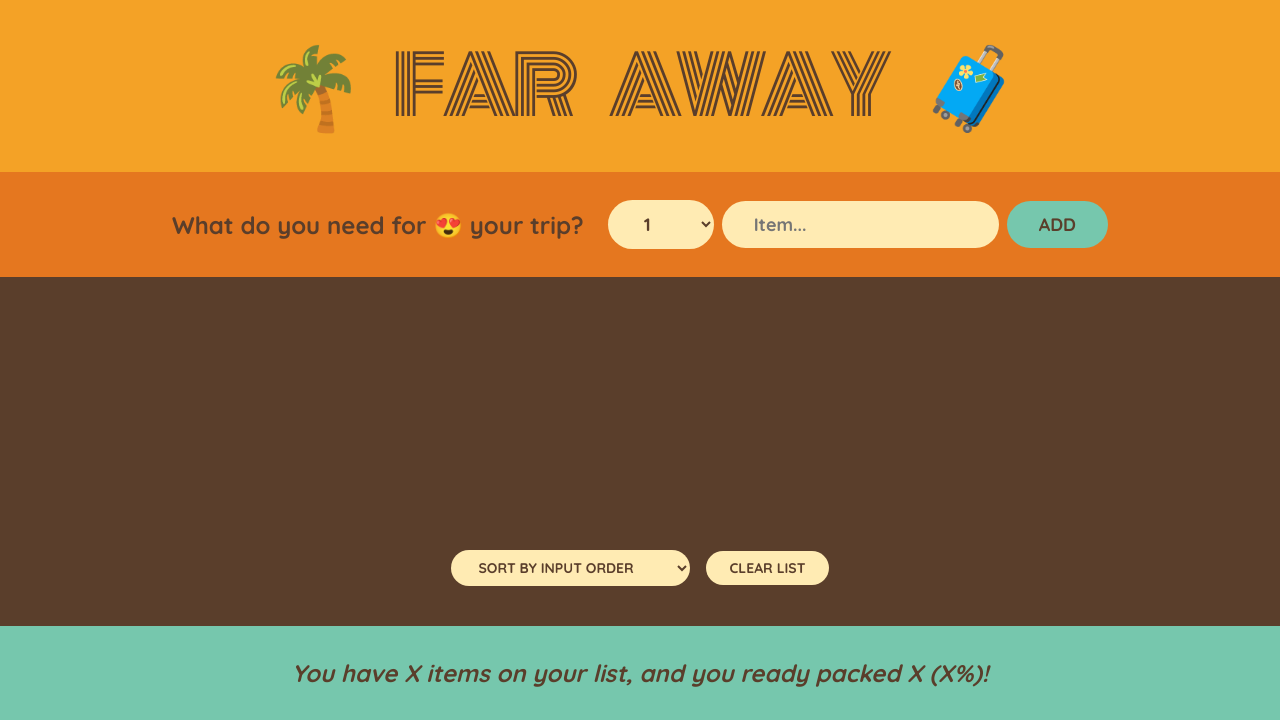
Repository: Wanter56/Travel-List
Page: /
These files come from the project's save history. The page is drawn as it stood at one moment and after the next save; the edit follows.
The browser window is 1280 px wide. The pictures show the whole page.
The project was rebuilt for these pictures with package versions that can differ from the ones it lists, and the page was loaded fresh each time.

Above is the page before, as saved 2025-11-04 10:14:52.

### public/index.html
<!DOCTYPE html>
<html lang="en">

<head>
  <meta charset="utf-8" />
  <link rel="icon" href="%PUBLIC_URL%/favicon.ico" />
  <meta name="viewport" content="width=device-width, initial-scale=1" />
  <meta name="theme-color" content="#000000" />
  <meta name="description" content="Web site created using create-react-app" />
  <link rel="apple-touch-icon" href="%PUBLIC_URL%/logo192.png" />
  <!--
      manifest.json provides metadata used when your web app is installed on a
      user's mobile device or desktop. See https://developers.google.com/web/fundamentals/web-app-manifest/
    -->
  <link rel="manifest" href="%PUBLIC_URL%/manifest.json" />
  <!--
      Notice the use of %PUBLIC_URL% in the tags above.
      It will be replaced with the URL of the `public` folder during the build.
      Only files inside the `public` folder can be referenced from the HTML.

      Unlike "/favicon.ico" or "favicon.ico", "%PUBLIC_URL%/favicon.ico" will
      work correctly both with client-side routing and a non-root public URL.
      Learn how to configure a non-root public URL by running `npm run build`.
    -->
  <title>Travel-List</title>
</head>

<body>
  <noscript>You need to enable JavaScript to run this app.</noscript>
  <div id="root"></div>
  <!--
      This HTML file is a template.
      If you open it directly in the browser, you will see an empty page.

      You can add webfonts, meta tags, or analytics to this file.
      The build step will place the bundled scripts into the <body> tag.

      To begin the development, run `npm start` or `yarn start`.
      To create a production bundle, use `npm run build` or `yarn build`.
    -->
</body>

</html>

### src/App.js
import { useState } from "react";

export default function App() {
  const [items, setItems] = useState([]);
  function handleAddItems(item) {
    setItems((items) => [...items, item]);
  }
  function handleDeleteItem(id) {
    setItems((items) => items.filter((item) => item.id !== id));
  }
  function handleToggleItem(id) {
    setItems((items) => items.map((item) => (item.id === id ? { ...item, packed: !item.packed } : item)));
  }
  function handleClearList() {
    setItems([]);
  }
  return (
    <div className="app">
      <Logo />
      <Form onAddItems={handleAddItems} />
      <PackingList
        items={items}
        onDeleteItem={handleDeleteItem}
        onToggleItem={handleToggleItem}
        onClearList={handleClearList}
      />
      <Stats items={items} />
    </div>
  );
}
function Logo() {
  return <h1>🌴 Far Away 🧳</h1>;
}
function Form({ onAddItems }) {
  const [description, setDescription] = useState("");
  const [quantity, setQuantity] = useState(1);
  const newItem = { description, quantity, packed: false, id: Date.now() };
  function handleSubmit(e) {
    if (!description) return;
    e.preventDefault();
    onAddItems(newItem);
    setDescription("");
    setQuantity(1);
  }
  return (
    <form className="add-form" onSubmit={handleSubmit}>
      <h3>What do you need for 😍 your trip?</h3>
      <select value={quantity} onChange={(e) => setQuantity(Number(e.target.value))}>
        {Array.from({ length: 20 }, (_, i) => i + 1).map((num) => (
          <option value={num} key={num}>
            {num}
          </option>
        ))}
      </select>
      <input type="text" placeholder="Item..." value={description} onChange={(e) => setDescription(e.target.value)} />
      <button>Add</button>
    </form>
  );
}
function PackingList({ items, onDeleteItem, onToggleItem, onClearList }) {
  const [sortBy, setSortBy] = useState("input");
  let sortedItems;
  if (sortBy === "input") {
    sortedItems = items;
  } else if (sortBy === "description") {
    sortedItems = items.sort((a, b) => a.description.localeCompare(b.description));
  } else if (sortBy === "packed") {
    sortedItems = items.sort((a, b) => a.packed - b.packed);
  }
  return (
    <div className="list">
      <ul>
        {sortedItems.map((item) => (
          <Item key={item.id} item={item} onDeleteItem={onDeleteItem} onToggleItem={onToggleItem} />
        ))}
      </ul>
      <div className="actions">
        <select value={sortBy} onChange={(e) => setSortBy(e.target.value)}>
          <option value="input">Sort by input order</option>
          <option value="description">Sort by description</option>
          <option value="packed">Sort by packed status</option>
        </select>
        <button onClick={onClearList}>Clear list</button>
      </div>
    </div>
  );
}
function Item({ item, onDeleteItem, onToggleItem }) {
  return (
    <li>
      <input type="checkbox" checked={item.packed} onChange={() => onToggleItem(item.id)} />
      <span style={{ textDecoration: item.packed ? "line-through" : "none" }}>
        {item.quantity} {item.description}
      </span>
      <button onClick={() => onDeleteItem(item.id)}>❌</button>
    </li>
  );
}
function Stats() {
  return (
    <footer className="stats">
      <em>You have X items on your list, and you ready packed X (X%)!</em>
    </footer>
  );
}

Loaded but not shown: src/index.js (common file); src/index.css (common file)

After the next save:
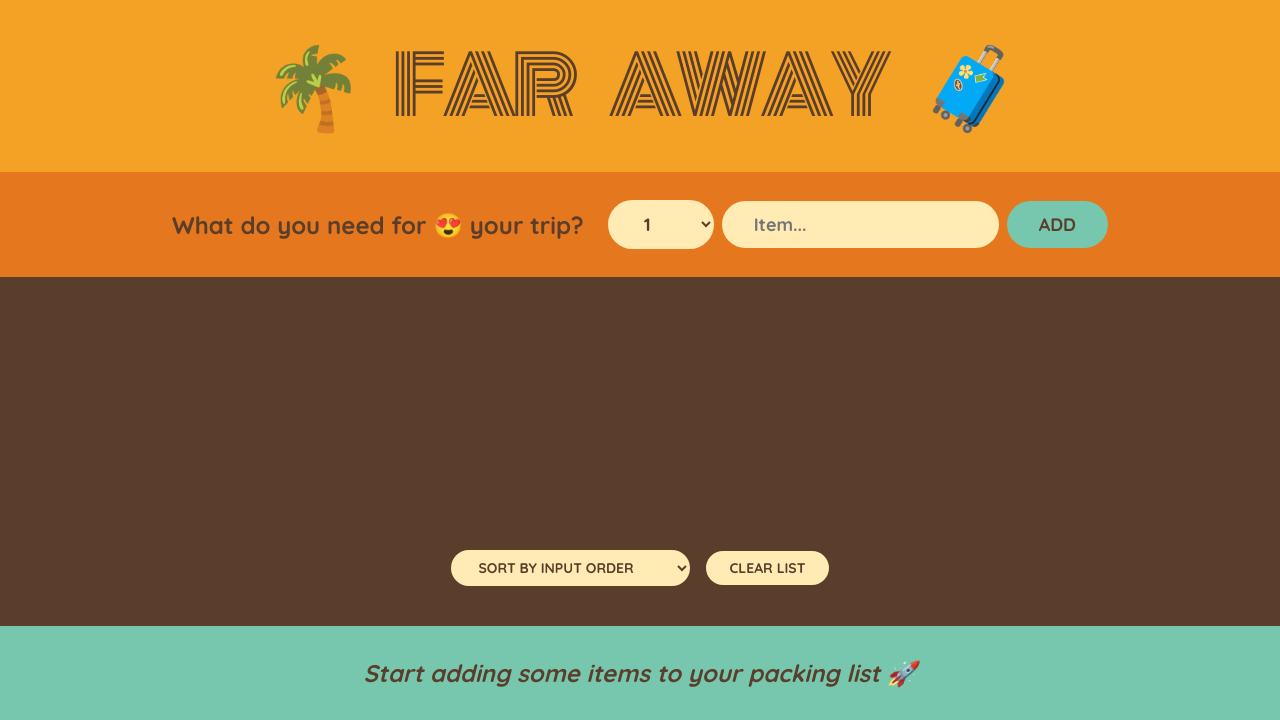
Saved 33 s later.
--- a/src/App.js
+++ b/src/App.js
@@ -96,10 +96,22 @@
     </li>
   );
 }
-function Stats() {
+function Stats({ items }) {
+  if (!items.length) {
+    return (
+      <footer className="stats">
+        <em>Start adding some items to your packing list 🚀</em>
+      </footer>
+    );
+  }
+  const numItems = items.length;
+  const numPacked = items.filter((item) => item.packed).length;
+  const percentage = Math.round((numPacked / numItems) * 100);
   return (
     <footer className="stats">
-      <em>You have X items on your list, and you ready packed X (X%)!</em>
+      <em>
+        You have {numItems} items on your list, and you ready packed {numPacked} ({percentage}%)!
+      </em>
     </footer>
   );
 }
